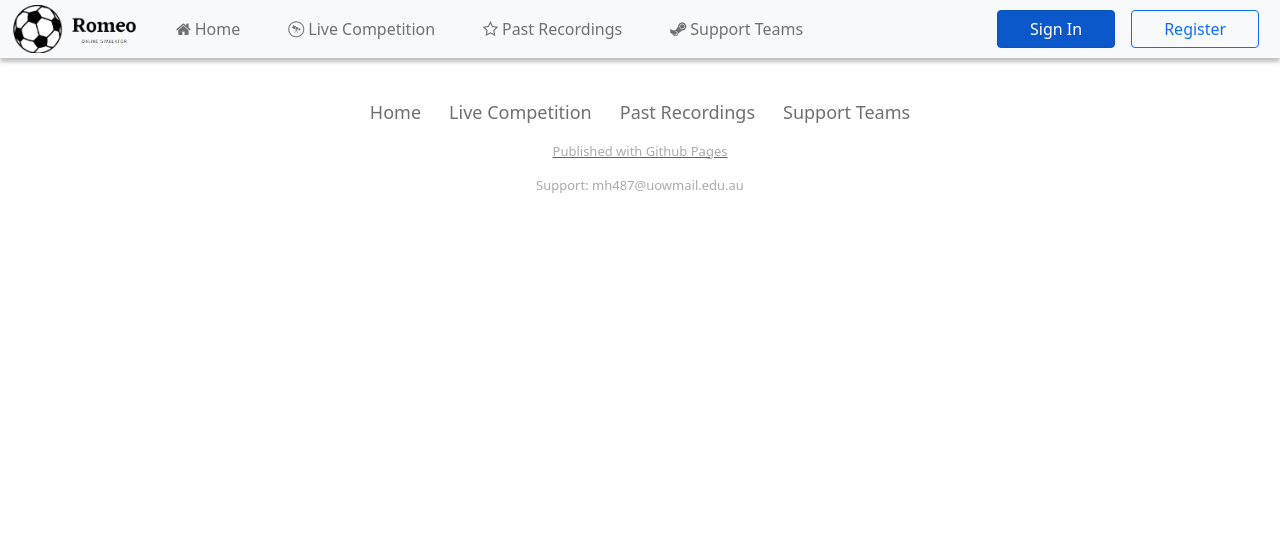
Repository: romeoonlinesim/romeoonlinesim.github.io
Page: /login (app in client/)
These files come from the project's save history. The page is drawn as it stood at one moment and after the next save; the edit follows.
The browser window is 1280 px wide. The pictures show the whole page.
The page's requests for data from a server got no answer. The project was rebuilt for these pictures with package versions that can differ from the ones it lists, and the page was loaded fresh each time. No one was signed in, and anything a server would have sent is missing. Also part of the build but not shown: client/src/home/Home.jsx, client/src/competition/Competition.scss, client/src/competition/Competition.jsx, client/src/recordings/Recordings.jsx, client/src/teams/Teams.jsx, client/src/login/Login.scss, client/src/register/Register.jsx.

Above is the page before, as saved 2021-07-15 20:39:49.

### client/src/App.js
import React, { useState, useEffect, useRef } from "react";
import socketIOClient from "socket.io-client";
import { Route, Switch } from "react-router-dom";

import Navbar from "./common/navbar";
import Footer from "./common/footer";
import Home from "./home/Home";
import Competition from "./competition/Competition";
import Recordings from "./recordings/Recordings";
import Teams from "./teams/Teams";
import Login from "./login/Login";
import Register from "./register/Register";

import "./App.scss";

const host = "http://localhost:3000";

function App() {
  const [mess, setMess] = useState([]);
  const [message, setMessage] = useState('');
  const [id, setId] = useState();

  const socketRef = useRef();
  const messagesEnd = useRef();

  useEffect(() => {
    socketRef.current = socketIOClient.connect(host);

    socketRef.current.on("getId", data => {
      setId(data);
    });

    socketRef.current.on("sendDataServer", dataGot => {
      //if there are new messages, mess will be re-rendered
      setMess(oldMsgs => [...oldMsgs, dataGot.data]);
      scrollToBottom();
    });


    return () => {
      socketRef.current.disconnect();
    };
  }, []);

  const sendMessage = () => {
    if (message !== null) {
      const msg = {
        content: message,
        id: id
      }

      socketRef.current.emit("sendDataClient", msg);
      setMessage();
    }
  }

  const renderMess = mess.map((m, index) =>
    <div key={index} className={`${m.id === id ? 'your-message' : 'other-people'} chat-item`}>
      {m.content + m.id}
    </div>
  );

  const handleChange = (e) => {
    setMessage(e.target.value);
  }

  const onEnterPress = (e) => {
    if (e.keyCode === 13 && e.shiftKey === false) {
      sendMessage();
    }
  }

  const scrollToBottom = () => {
    messagesEnd.current.scrollIntoView({behavior: "smooth"});
  }

  const Main = () => (
    <Switch>
      <Route exact path="/" component={Home}></Route>
      <Route exact path="/competition" component={Competition}></Route>
      <Route exact path="/recordings" component={Recordings}></Route>
      <Route exact path="/teams" component={Teams}></Route>
      <Route exact path="/login" component={Login}></Route>
      <Route exact path="/register" component={Register}></Route>
    </Switch>
  );

  return (
    <div>
      <Navbar />
      <Main />
      <Footer />
    </div>
  );
}


  /*return (
    <div>


    <Navbar />
    <div class="box-chat">
    <div class="box-chat_message">
        {renderMess}
        <div style={{ float:"left", clear: "both" }}
              ref={messagesEnd}>
          </div>
    </div>

    <div class="send-box">
        <textarea
          value={message}
          onKeyDown={onEnterPress}
          onChange={handleChange}
          placeholder="Enter your message ..."
        />
        <button onClick={sendMessage}>
          Send
        </button>
    </div>
  </div>
  </div>);*/

export default App;

### client/src/common/navbar.jsx
import React from "react";
import {NavLink} from "react-router-dom";
import 'bootstrap/dist/css/bootstrap.min.css';
import 'font-awesome/css/font-awesome.min.css';
import "./navbar.scss";
import logo from "../img/logo-romeo-header.png";

class Navbar extends React.Component {
    render() {
        return (
        <nav className="navbar navbar-expand-lg navbar-light bg-light">
            <a href="index.html" className="navbar-brand">
                <img id="logo" src={logo} alt="Romeo Online Simulation"/>
            </a>
            <div className="collapse navbar-collapse" id="navbarSupportedContent">
            <ul className="navbar-nav mr-auto">
                <li className="nav-item">
                    <NavLink exact activeClassName="active" to="/" className="nav-link">
                        <i className="fa fa-home"></i>
                        Home
                    </NavLink>
                </li>
                <li className="nav-item">
                    <NavLink exact activeClassName="active" to="/competition" className="nav-link">
                        <i className="fa fa-wpexplorer"></i>
                        Live Competition
                    </NavLink>
                </li>
                <li className="nav-item">
                    <NavLink exact activeClassName="active" to="/recordings" className="nav-link">
                        <i className="fa fa-star-o"></i>
                        Past Recordings
                    </NavLink>
                </li>
                <li className="nav-item">
                    <NavLink exact activeClassName="active" to="/teams" className="nav-link">
                        <i className="fa fa-steam"></i>
                        Support Teams
                    </NavLink>
                </li>
            </ul>
            </div>
            <div id="navbar-right" className="navbar-right">
                <ul className="navbar-nav mr-auto">
                    <li className="nav-item">
                        <NavLink to="/login" id="login" className="btn btn-primary">Sign In</NavLink>
                    </li>
                    <li className="nav-item">
                        <NavLink to="/register" id="register" className="btn btn-outline-primary">Register</NavLink>
                    </li>
                </ul>
            </div>
        </nav>
        );
    }
}

export default Navbar;

### client/src/common/footer.jsx
import React from "react";
import "./footer.scss";

class Footer extends React.Component {
    render() {
        return (
            <div className="footer-basic">
                <footer>
                    <ul className="list-inline">
                        <li className="list-inline-item"><a href="#">Home</a></li>
                        <li className="list-inline-item"><a href="#">Live Competition</a></li>
                        <li className="list-inline-item"><a href="#">Past Recordings</a></li>
                        <li className="list-inline-item"><a href="#">Support Teams</a></li>
                    </ul>
                    <div className="text-center"><a href="https://www.github.com/" target="_blank">
                        <p className="copyright">Published with Github Pages</p>
                        </a></div><a target="_blank">
                        <p className="copyright">Support: mh487@uowmail.edu.au</p>
                    </a>
                </footer>
            </div>
        );
    }
}

/*<a href="https://www.github.com/" target="_blank" rel="noreferrer">
                            <p className="copyright">Published with Github Pages</p>
                        </a>

<a href="mailto:mh487@uowmail.edu.au" target="_blank" rel="noreferrer">
                        <p className="copyright">Support: mh487@uowmail.edu.au</p>
                    </a>*/
export default Footer;

### client/src/login/Login.jsx
import React from "react";
import "./Login.scss";

class Login extends React.Component {
    render() {
        return <div></div>;
    }
}

export default Login;

### client/src/App.scss
.App {
  text-align: center;
  background: linear-gradient(gray, black);

}

.chat-item {
  width: 50%;
}
.your-message {
  background: #009bff;
  margin: 1em;
  border-radius: 1em;
  padding: 1em;
  color: white;
  float: right;
}

.other-people {
  background: #868686;
  margin: 1em;
  border-radius: 1em;
  padding: 1em;
  color: white;
  text-align: left;
  float: left;
}

.box-chat_message {
  min-height: 60vh;
  max-height: 60vh;
  overflow-y: auto;

}
.box-chat {
  width:70%;
  margin: 0 auto;
  margin-top: 100px;
  box-shadow: 0 0 10px 0 black;
  border-radius: 1em;
}

.send-box {
  width: 100%;
  padding: 1em;
}

textarea {
  width: 80%;
  margin: 0;
  padding: 0.5em;
  background: #ebf5ff;
  border-radius: 2em;
  display: flex;
  float: left;
}

button {
  width: 10%;
  background: #6650ff;
  color: white;
  margin-left: 10px;
  border: none;
  border-radius: 1em;
  cursor: pointer;
  padding: 1em;
  text-align: center;

}
button:hover {
  background: black;
}
textarea:focus {outline:0;}


/* width */
::-webkit-scrollbar {
  width: 5px;
}

/* Track */
::-webkit-scrollbar-track {
  background: #f1f1f1;
}

/* Handle */
::-webkit-scrollbar-thumb {
  background: #dadada;
  border-radius: 1em;

}

/* Handle on hover */
::-webkit-scrollbar-thumb:hover {
  background: #555;
}

### client/src/common/navbar.scss
.navbar {
	padding-left: 1%;
	padding-right: 1%;
	padding-top: 0%;
	padding-bottom: 0%;
	box-shadow: 0px 4px 4px rgba(0, 0, 0, 0.25);

    i {
        padding-right: 4px;
    }
}
.navbar-nav {
	>li {
		padding-left: 16px;
		padding-right: 16px;
	}
}
.navbar-right {
    li {
        padding-left: 8px;
        padding-right: 8px;
    }
	a {
		padding-left: 32px;
		padding-right: 32px;
	}
}

#logo {
    height: 3rem;
    width:auto;
}

### client/src/common/footer.scss
.footer-basic {
    padding: 40px 0;
    background-color: #ffffff;
    color: #4b4c4d;
  }

.footer-basic ul {
padding: 0;
list-style: none;
text-align: center;
font-size: 18px;
line-height: 1.6;
margin-bottom: 0;
}

.footer-basic li {
padding: 0 10px;
}

.footer-basic ul a {
color: inherit;
text-decoration: none;
opacity: 0.8;
}

.footer-basic ul a:hover {
opacity: 1;
}

.footer-basic .social {
text-align: center;
padding-bottom: 25px;
}

.footer-basic .social > a {
font-size: 24px;
width: 40px;
height: 40px;
line-height: 40px;
display: inline-block;
text-align: center;
border-radius: 50%;
border: 1px solid #ccc;
margin: 0 8px;
color: inherit;
opacity: 0.75;
}

.footer-basic .social > a:hover {
opacity: 0.9;
}

.footer-basic .copyright {
margin-top: 15px;
text-align: center;
font-size: 13px;
color: #aaa;
margin-bottom: 0;
}

### client/src/home/Home.scss
@import url("https://fonts.googleapis.com/css?family=Montserrat");
@import url("https://fonts.googleapis.com/css?family=Comfortaa");

@media (min-width: 768px) {
    .backgroundimages {
      height: 380px;
      width: 100%;
      background-position: center;
      background-repeat: no-repeat;
      background-size: cover;
      background-image: url("../img/bg-1.png");
    }
  }

  @media (max-width: 767px) {
    .backgroundimages {
      width: 100%;
      height: 300px;
      background-position: center;
      background-size: cover;
      background-image: url("../img/bg-1.png");
    }
  }

  @media (min-width: 1500px) {
    .backgroundimages {
      width: 100%;
      height: 500px;
      background-position: center;
      background-size: cover;
      background-image: url("../img/bg-1.png");
    }
  }


  .background-img {
    max-width: 100%;
    height: auto;
  }

  #logo {
    max-height: 3rem;
    width:auto;
  }


  .text {
    align-items: center;
    display:grid;
    grid-row-gap: 0%;
  }

  h3 {
    font-weight: bold;
  }

  .para {
    font-family: Montserrat;
    font-style: normal;
    font-weight: normal;
    font-size: 32px;
    line-height: 50px;
    margin-bottom: 0%;
    /* or 139% */

    letter-spacing: -0.015em;

    color: rgba(0, 0, 0, 0.8);

    text-indent: 3%;
  }

  .row {
    padding-bottom: 3%;
  }

  .no-padding {
    padding-bottom: 0.25%;
  }

  .padding-1 {
    padding-bottom: 1%;
  }

  .padding-2 {
    padding-bottom: 2%;
  }

  .footer {
    background: #555555;
    max-height: min-content;
  }

  .support-text {
    font-family: Comfortaa;
    font-style: normal;
    font-weight: normal;
    font-size: 23.4444px;
    line-height: 32px;
    align-items: center;
    text-align: center;
    letter-spacing: -0.015em;

    color: #FFFFFF;
  }

  .support-email {
    font-family: Comfortaa;
    font-style: normal;
    font-weight: normal;
    font-size: 16px;
    display: flex;
    flex-direction: column;
    justify-content: flex-end;
    text-align: right;
    letter-spacing: -0.015em;

    color: #FFFFFF;
    padding-right: 0%;
    padding-left: 0%;
  }

  .github-text {
    font-family: Comfortaa;
    font-style: normal;
    font-weight: normal;
    font-size: 16px;
    display: flex;
    flex-direction: column;
    justify-content: flex-end;
    text-align: left;
    letter-spacing: -0.015em;

    color: #FFFFFF;
    padding-right: 0%;
    padding-left: 0%;
  }

  .line {
    height: 1px;
    border-width: 1px;
    border-style: solid;
    border-color: rgba(0, 0, 0, 0.25);
    padding-bottom: 0px;
  }


  .right {
    text-align: right;
    float: right;
  }

  .grey {
    background: #F5F5F5;
  }

  .container-fluid {
    max-width: 75%;
  }

  .watermark {
    position: absolute;

    right: 1%;
    top: 10%;

    font-family: Montserrat;
    font-style: italic;
    font-weight: bold;
    font-size: 60px;
    line-height: 80px;
    /* identical to box height, or 143% */

    text-align: center;
    letter-spacing: -0.015em;
  }

### client/src/teams/Teams.scss
#visit_list .card-img-top {
    width: 100%;
    height: 10vw;
    object-fit: cover;
}

.row {
    padding-left: 10%;
    padding-right: 10%;
}

.card-cover {
    min-width: 30rem;
    min-height: 30rem;
}

.card {
    width: 100%;
    height: 100%;
}

.card-body {
    border-top: 0.05rem solid lightgrey;
}

.card-img-top {
    height:15rem;
}

h5 {
    font-weight: bold;
}

Loaded but not shown: client/public/index.html (common file); client/src/index.js (common file); client/src/index.css (common file); client/src/reportWebVitals.js (common file); client/src/recordings/Recordings.scss (no stored copy; drawn as an empty file); client/src/register/Register.scss (no stored copy; drawn as an empty file)

After the next save:
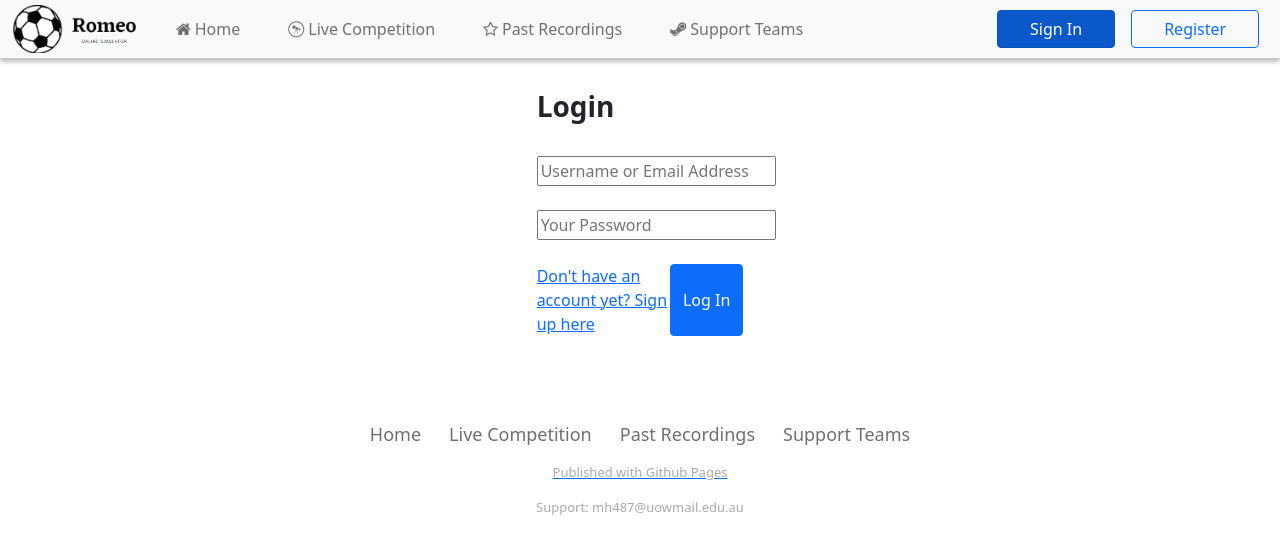
Saved 6 min 2 s later.
--- a/client/src/login/Login.jsx
+++ b/client/src/login/Login.jsx
@@ -3,7 +3,31 @@
 
 class Login extends React.Component {
     render() {
-        return <div></div>;
+        return (
+            <div className="container col-lg-4">
+                <div className="row p-3" />
+                <div className="row">
+                <div className="col-lg-2" />
+                <div className="col-lg-8">
+                    <h3 className="pb-4">Login</h3>
+                    <div className="pb-4">
+                    <input id="email" type="text" className="input-others" name="email" placeholder="Username or Email Address" />
+                    </div>
+                    <div className="pb-4">
+                    <input id="password" type="password" className="input-others" name="password" placeholder="Your Password" />
+                    </div>
+                    <div className="d-flex">
+                    <div className="already">
+                        <a style={{verticalAlign: 'middle', display: 'table-cell'}} href="register.html">Don't have an account yet? Sign up here</a>
+                    </div>
+                    <input id="loginButton" type="button" className="btn btn-primary" defaultValue="Log In" />
+                    </div>
+                </div>
+                <div className="col-lg-2" />
+                </div>
+                <div className="row p-3" />
+            </div>
+        );
     }
 }
 
